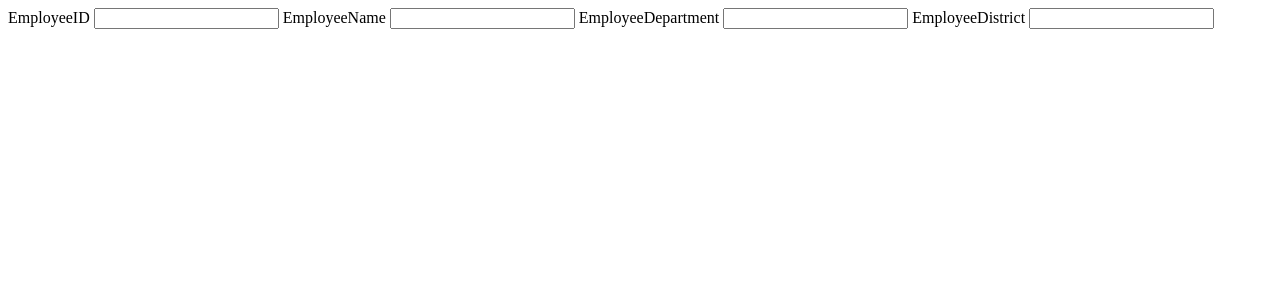
Repository: tamilnila96/Servlet
Page: http://localhost/EmployeeDetails/Employee.jsp
The author's editor kept a copy of each file at every save. The page is drawn from the files as they stood at one save, then again after the next save.
The browser window is 1280 px wide. The pictures show the whole page.
The page is served by Tomcat 9.

Above is the page before, as saved 2025-05-12 09:17:09.

After the next save:
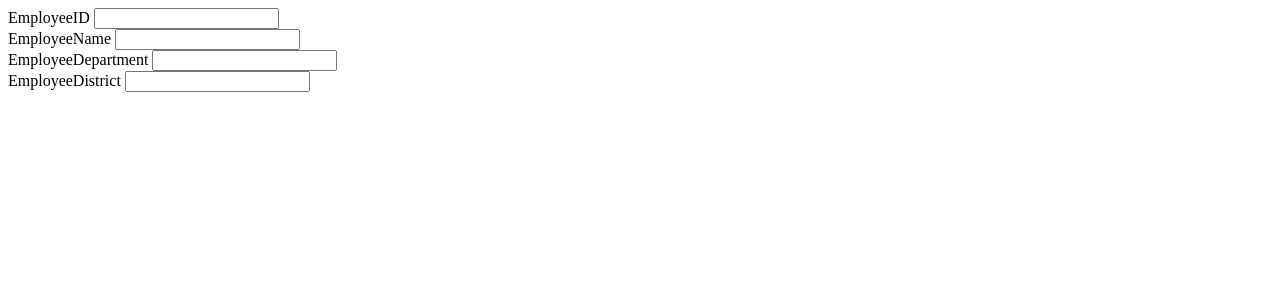
Saved 44 s later.
--- a/EmployeeDetails/WebContent/Employee.jsp
+++ b/EmployeeDetails/WebContent/Employee.jsp
@@ -10,13 +10,13 @@
 <form action="">
 <div>
 <label>EmployeeID</label>
-<input type ="text" id = "EmployeeID" name = "EmployeeID">
+<input type ="text" id = "EmployeeID" name = "EmployeeID"><br>
 <label>EmployeeName</label>
-<input type ="text" id = "EmployeeName" name = "EmployeeName">
+<input type ="text" id = "EmployeeName" name = "EmployeeName"><br>
 <label>EmployeeDepartment</label>
-<input type ="text" id = "EmployeeDepartment" name = "EmployeeDepartment">
+<input type ="text" id = "EmployeeDepartment" name = "EmployeeDepartment"><br>
 <label>EmployeeDistrict</label>
-<input type ="text" id = "EmployeeDistrict" name = "EmployeeDistrict">
+<input type ="text" id = "EmployeeDistrict" name = "EmployeeDistrict"><br>
 </div>
 
 </form>
